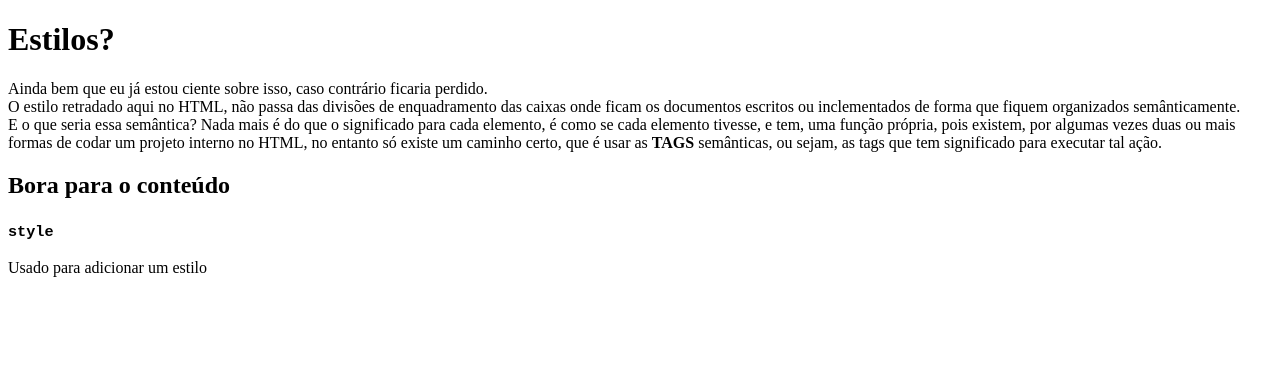
Repository: ErikMesquita/Danki-Code
Page: estilos/index.html
These files come from the project's save history. The page is drawn as it stood at one moment and after a run of saves; the edit follows.
The browser window is 1280 px wide. The pictures show the whole page.

Above is the page before, as saved 2023-10-29 18:14:58.

### estilos/index.html
<!DOCTYPE html>
<html lang="pt-br">

<head>
    <meta charset="UTF-8">
    <meta name="viewport" content="width=device-width, initial-scale=1.0">
    <title>Estilos em HTML</title>
</head>

<body>
    <h1>Estilos?</h1>
        <p>
            Ainda bem que eu já estou ciente sobre isso, caso contrário ficaria perdido. <br>
            O estilo retradado aqui no HTML, não passa das divisões de enquadramento das caixas onde ficam os documentos escritos ou inclementados de forma que fiquem organizados semânticamente. <br>
            E o que seria essa semântica? Nada mais é do que o significado para cada elemento, é como se cada elemento tivesse, e tem, uma função própria, pois existem, por algumas vezes duas ou mais formas de codar um projeto interno no HTML, no entanto só existe um caminho certo, que é usar as <strong>TAGS</strong> semânticas, ou sejam, as tags que tem significado para executar tal ação.
        </p>

        <h2>Bora para o conteúdo</h2>

            <h3><code>style</code></h3>
            <p>
                Usado para adicionar um estilo
            </p>
</body>

</html>

After the next 14 saves:
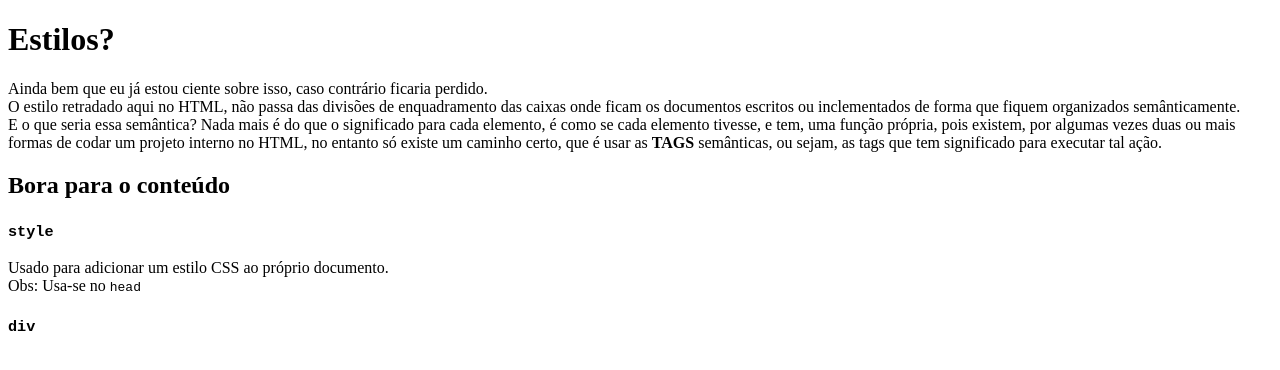
The 14 saves are shown as one change because they came seconds apart.
The last was saved 35 s later.
--- a/estilos/index.html
+++ b/estilos/index.html
@@ -19,7 +19,13 @@
 
             <h3><code>style</code></h3>
             <p>
-                Usado para adicionar um estilo
+                Usado para adicionar um estilo CSS ao próprio documento. <br>
+                Obs: Usa-se no <code>head</code>
+            </p>
+
+            <h3><code>div</code></h3>
+            <p>
+
             </p>
 </body>
 
